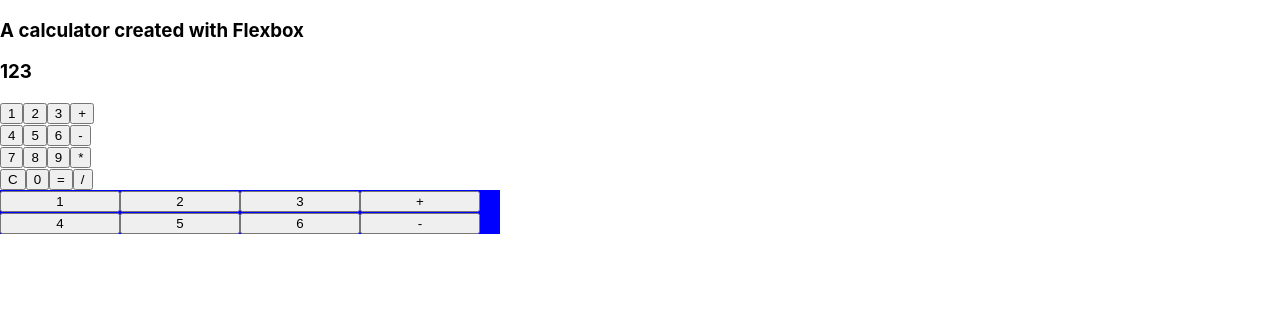
Repository: qudos4real/calculator
Page: /
An editor plug-in stored every save of this project. The page is shown before and after the next save, followed by the edit.
The browser window is 1280 px wide. The pictures show the whole page.
The project was rebuilt for these pictures with package versions that can differ from the ones it lists, and the page was loaded fresh each time.

Above is the page before, as saved 2022-10-08 19:21:53.

### src/index.css
body {
  margin: 0;
  font-family: -apple-system, BlinkMacSystemFont, 'Segoe UI', 'Roboto', 'Oxygen',
    'Ubuntu', 'Cantarell', 'Fira Sans', 'Droid Sans', 'Helvetica Neue',
    sans-serif;
  -webkit-font-smoothing: antialiased;
  -moz-osx-font-smoothing: grayscale;
}

code {
  font-family: source-code-pro, Menlo, Monaco, Consolas, 'Courier New',
    monospace;
}
   border: 10px solid black;

### src/App.js
import Buttons from "./components/Buttons";
import Main from "./components/Main";


const numbers = [1,2,3,"+"]


function App() {
  return (
    <div>
     <Main />
     <Buttons />
    </div>
  );
}

export default App;

### src/components/Buttons.js
import React from 'react'
import './Buttons.css'

const numbers = [[1, 2, 3, "+"], [4,5,6,"-"]]

function Buttons() {
    return (
        <div className='buttonWrapper'>
          {numbers.flat().map((num) => {
                return (
                    <button key={num} className="num" value={num} onClick={() => {
                        console.log(`${num} clicked`)
                    }
                    } >{num}</button>
                )
            })}

            {/* {numbers.map((num) => {
                return (
                    <button key={num} className="num" value={num} onClick={() => {
                        console.log(`${num} clicked`)
                    }
                    } >{num}</button>
                )
            })} */}
        </div>
    )
}

export default Buttons

### src/components/main.js

import React from 'react'

function Main() {
    return (
        <>
            <div className="major-container">
                <h3>A calculator created with Flexbox</h3>
                <div className="container">
                    <div className="output"><h3>123</h3></div>
                    <div className="container-elements">
                        <div className="container2">
                            <button className="calc_btn number">1</button>
                            <button className="calc_btn number">2</button>
                            <button className="calc_btn number">3</button>
                            <button className="calc_btn operator">+</button>
                        </div>
                        <div className="container2">
                            <button className="calc_btn number">4</button>
                            <button className="calc_btn number">5</button>
                            <button className="calc_btn number">6</button>
                            <button className="calc_btn operator">-</button>
                        </div>
                        <div className="container2">
                            <button className="calc_btn number">7</button>
                            <button className="calc_btn number">8</button>
                            <button className="calc_btn number">9</button>
                            <button className="calc_btn operator">*</button>
                        </div>
                        <div className="container2">
                            <button className="calc_btn cancel">C</button>
                            <button className="calc_btn number">0</button>
                            <button className="calc_btn number">=</button>
                            <button className="calc_btn operator">/</button>
                        </div>
                    </div>
                </div>
            </div>
        </>
    )
}

export default Main;

### src/components/Buttons.css
.buttonWrapper {
    width: 500px;
    background-color: blue;
}
.num {
    width: 120px;
}

Loaded but not shown: public/index.html (common file); src/index.js (common file)

After the next save:
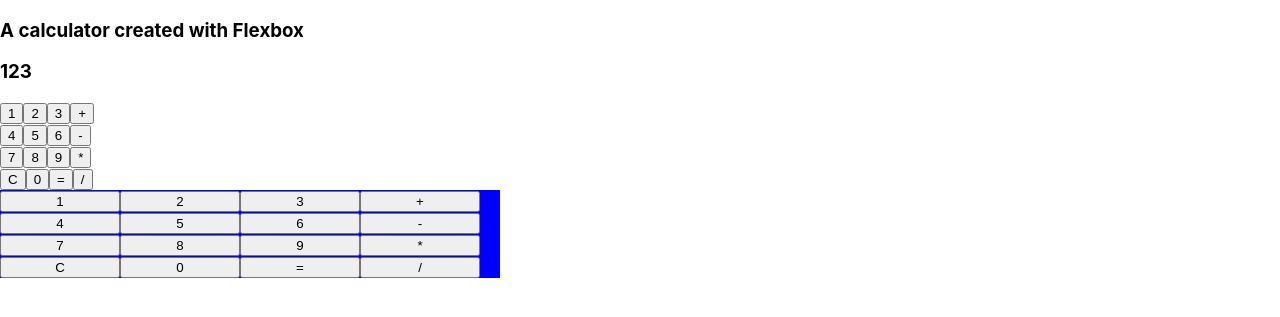
Saved 2 min 48 s later.
--- a/src/components/Buttons.js
+++ b/src/components/Buttons.js
@@ -1,7 +1,7 @@
 import React from 'react'
 import './Buttons.css'
 
-const numbers = [[1, 2, 3, "+"], [4,5,6,"-"]]
+const numbers = [[1, 2, 3, "+"], [4,5,6,"-"], [7,8,9,"*"], ["C",0,"=","/"]]
 
 function Buttons() {
     return (
